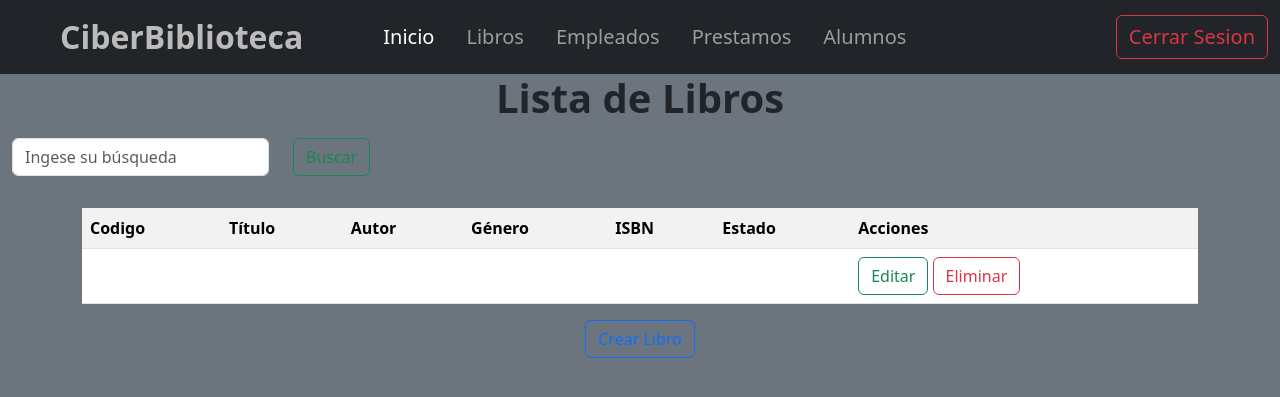
Repository: WilmerOcampo/LP1_Biblioteca
Page: http://localhost/Proyecto/listaLibros.jsp
The author's editor kept a copy of each file at every save. The page is drawn from the files as they stood at one save, then again after the next save.
The browser window is 1280 px wide. The pictures show the whole page.
The page is served by Tomcat 10.

Above is the page before, as saved 2023-05-31 15:35:04.

After the next save:
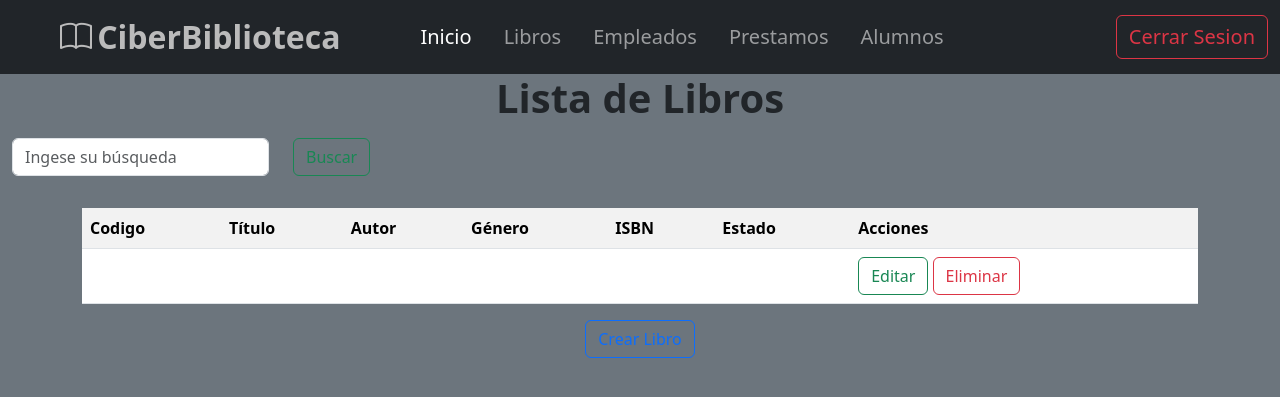
Saved 7 s later.
--- a/Proyecto/src/main/webapp/listaLibros.jsp
+++ b/Proyecto/src/main/webapp/listaLibros.jsp
@@ -7,6 +7,7 @@
 <title>Libros</title>
 <link href="https://cdn.jsdelivr.net/npm/bootstrap@5.3.0-alpha3/dist/css/bootstrap.min.css" rel="stylesheet"
     integrity="sha384-KK94CHFLLe+nY2dmCWGMq91rCGa5gtU4mk92HdvYe+M/SXH301p5ILy+dN9+nJOZ" crossorigin="anonymous">
+<link rel="stylesheet" href="https://cdn.jsdelivr.net/npm/bootstrap-icons@1.8.1/font/bootstrap-icons.css">
 </head>
 
 <body class="bg-secondary">
